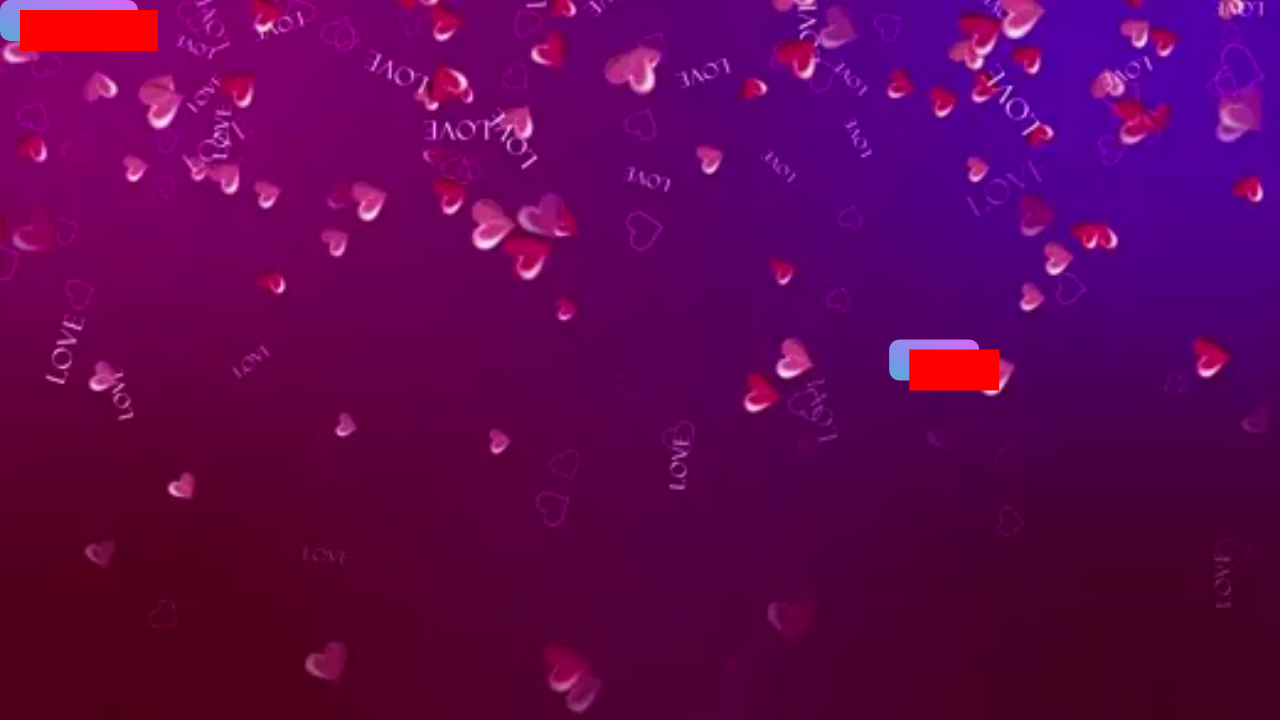
Repository: kuluong2000/love
Page: index.html
These files come from the project's save history. The page is drawn as it stood at one moment and after the next save; the edit follows.
The browser window is 1280 px wide. The pictures show the whole page.

Above is the page before, as saved 2022-06-04 21:58:49.

### index.html
<!DOCTYPE html>
<html lang="en">
  <head>
    <meta charset="UTF-8" />
    <meta http-equiv="X-UA-Compatible" content="IE=edge" />
    <meta name="viewport" content="width=device-width, initial-scale=1.0" />
    <link rel="stylesheet" href="app.css" />
    <title>Document</title>
  </head>
  <body>
    <div class="love">
      <button class="love-success btn">Đồng ý</button>
      <button class="love-fail btn">không đông ý</button>
    </div>
  </body>
</html>

### app.css
@import url("https://fonts.googleapis.com/css2?family=Poppins:ital,wght@0,300;0,400;0,500;0,600;0,700;1,300;1,400;1,500;1,600;1,700&display=swap");
* {
  padding: 0;
  margin: 0;
  box-sizing: border-box;
}
body {
  font-family: "Poppins", sans-serif;
}
.love {
  position: relative;
  width: 100%;
  height: 100vh;
  background: url("./image/bg.webp") no-repeat center / cover;
}
.btn {
  position: absolute;
  border: none;
  outline: none;
  cursor: pointer;
  padding: 10px 20px;
  border-radius: 10px;
  background-image: linear-gradient(to right top, #6ba6d1, #69a2d9, #6c9ee0, #7698e5, #8491e8, #8e8cec, #9b87ef, #a980f0, #b57af5, #c273f8, #d06afa, #df5ffb);
  color: white;
  font-size: 14px;
  font-family: "Poppins", sans-serif;
  font-weight: bold;
}
.btn::before {
  content: "";
  position: absolute;
  width: 100%;
  height: 100%;
  background-color: red;
}
.love-success {
  right: 20%;
  top: 50%;
  transform: translate(-50%, -50%);
}

After the next save:
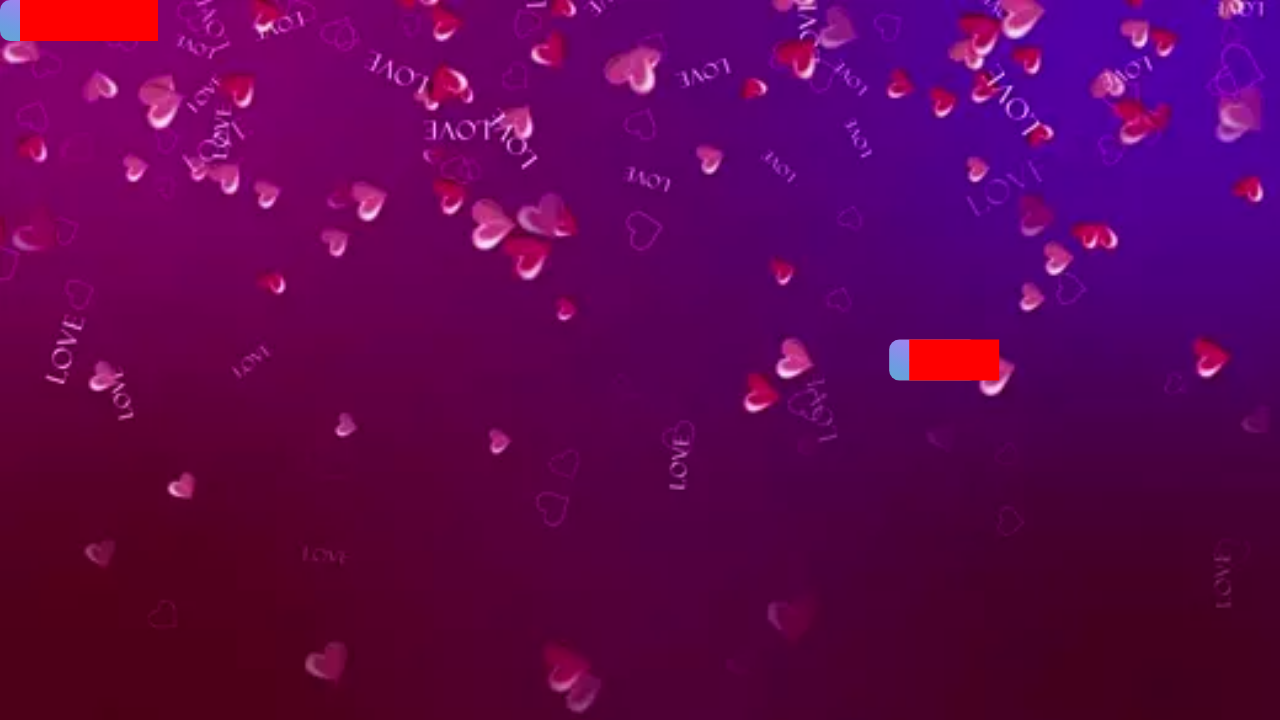
Saved 10 s later.
--- a/app.css
+++ b/app.css
@@ -31,6 +31,7 @@ body {
   position: absolute;
   width: 100%;
   height: 100%;
+  top: 0;
   background-color: red;
 }
 .love-success {
